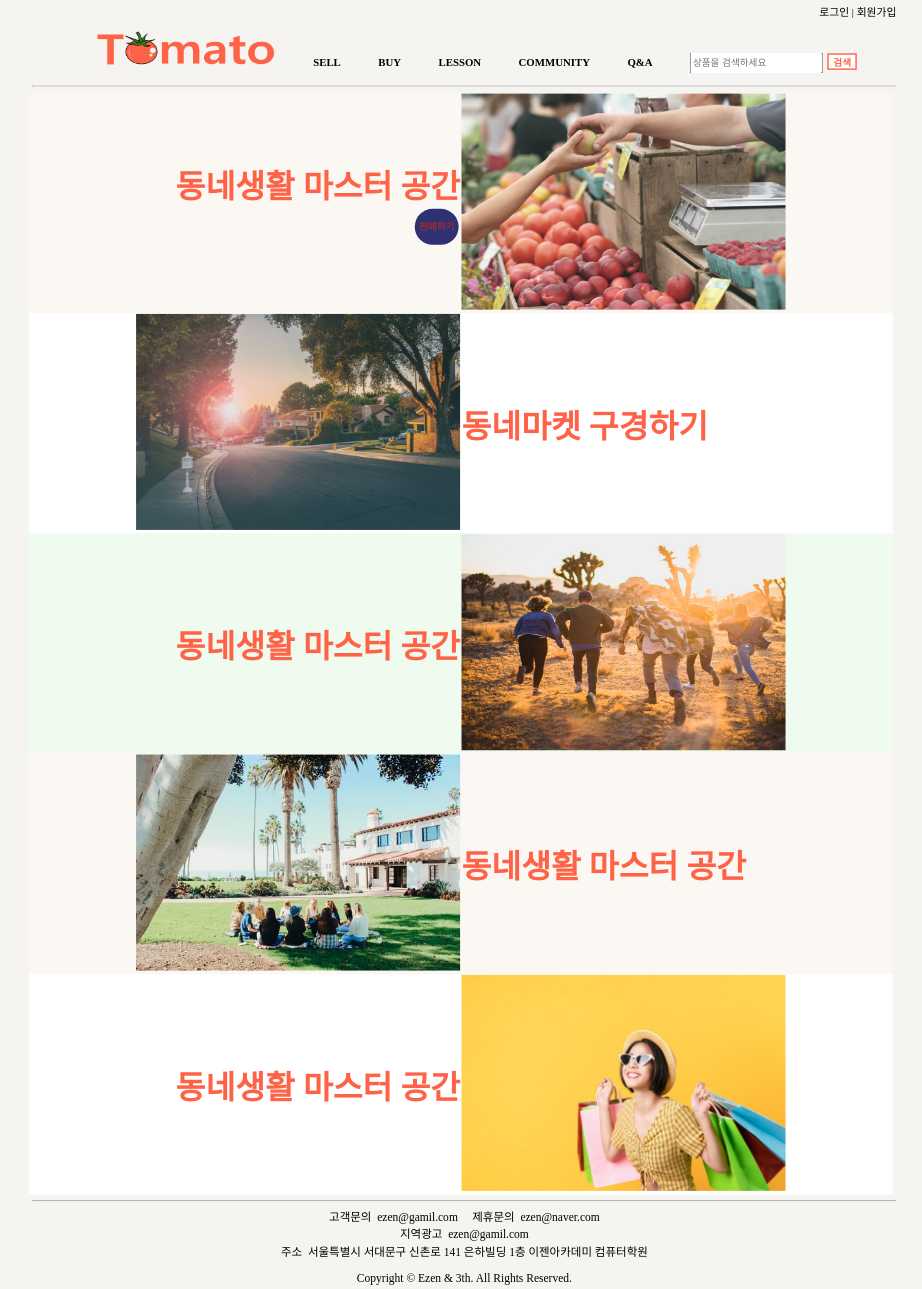
Repository: javadogfoot/semi-project
Page: http://localhost/tomato/indextest.jsp
These files come from the project's save history. The page is drawn as it stood at one moment and after the next save; the edit follows.
The browser window is 1280 px wide. The pictures show the whole page, at 72% of full size.
The page is served by Tomcat 9. Other server files are loaded and not shown.

Above is the page before, as saved 2021-10-19 16:21:59.

### semi프로젝트워크스페이스/tomato/src/main/webapp/indextest.jsp
<%@ page language="java" contentType="text/html; charset=UTF-8"
    pageEncoding="UTF-8"%>
<!DOCTYPE html>
<html>
<head>
<meta charset="UTF-8">
<title>Tomato</title>
<link rel="stylesheet" type="text/css" href="/tomato/css/mainLayout.css">
<style>
.background-color1{
	background-color: #FBF7F2;
}
.background-color2{
	background-color: white
}
.background-color3{
	background-color: #EFFBEF;
}
.textright{
	text-align: right;
}
table {
	width: 1200px;
	margin: 0px auto;
	border-collapse: collapse;
}
.joinbtn1{
   background-color: #2F3272;
   color: brown;
   font-weight: bold;
   height:50px;
   border: 0px solid ;
   margin:2px;
   border-radius: 60px 60px 60px 60px;
}
.joinbtn1:hover{
   background: #FFC81E;
   color: #FFF56E;
   font-weight: bold;
   height:50px;
   border: none;
   margin:2px;
}
span {
	font-size: 50px;
	color: #FF8000;
	font-weight: bold;
}
table img:hover{
	width:550px;
	height:400px;
}
</style>
</head>
<body>
<%@include file="/header.jsp" %>
<table>
	<tr class="background-color1">
		<td class="textright"><h1>동네생활 마스터 공간</h1><br><input type="button" value="판매하기" class="joinbtn1"></td>
		<td><img src="img/과일거래.jpg" alt="메인 상단 이미지1" width="450" height="300"></td>
	</tr>
	<tr class="background-color2">
		<td class="textright"><img src="img/동네.jpg" alt="메인 상단 이미지1" width="450" height="300"></td>
		<td><h1>동네마켓 구경하기</h1></td>
	</tr>
	<tr class="background-color3">
		<td class="textright"><h1>동네생활 마스터 공간</h1></td>
		<td><img src="img/동네친구.jpeg" alt="메인 상단 이미지1" width="450" height="300"></td>
	</tr>
	<tr class="background-color1">
		<td class="textright"><img src="img/레슨.jpg" alt="메인 상단 이미지1" width="450" height="300"></td>
		<td><h1>동네생활 마스터 공간</h1></td>
	</tr>
	<tr class="background-color2">
		<td class="textright"><h1>동네생활 마스터 공간</h1></td>
		<td><img src="img/쇼핑.jpg" alt="메인 상단 이미지1" width="450" height="300"></td>
	</tr>
</table>
<%@include file="/footer.jsp" %>
</body>
</html>

### semi프로젝트워크스페이스/tomato/src/main/webapp/header.jsp
<%@ page language="java" contentType="text/html; charset=UTF-8"
    pageEncoding="UTF-8"%>
<!DOCTYPE html>
<html>
<head>
<meta charset="UTF-8">
<title>Insert title here</title>
<style>

#btn1{
   background-color: white;
   color: tomato;
   font-weight: bold;
   height:23px;
   border: none;
   margin:2px;
   border: 2px solid tomato;
}
#btn1:hovertn1{
   background-color: tomato;
   color: white;
   font-weight: bold;
   height:23px;
   border: none;
   margin:2px;
   border: 2px solid tomato;
}
</style>
</head>
<body>
<header>
<%
String m_id=(String)session.getAttribute("m_id");
String m_name=(String)session.getAttribute("m_name");
if(m_id==null){
   %>
   <div>
   <a href="/tomato/member/login.jsp">로그인</a> | <a href="/tomato/member/join.jsp">회원가입</a>
   </div>
   <%
}else{
      %>
   <div>
   <%
   if(m_id.equals("admin")){
      %>
      <a href="/tomato/admin/memberList_admin.jsp"><%=m_name %>님 마이페이지</a> |
      <%
   }else{
      %>
      <a href="/tomato/member/mypage.jsp"><%=m_name %>님 마이페이지</a> |
      <%
   }
   %>
   <a href="/tomato/member/logout.jsp">로그아웃</a>
   </div>
   <%
}
%>
<nav>
<ul>
   <li><h1><a href="/tomato/index.jsp"><img src="/tomato/img/토마토_메인로고.png" alt="메인로고" height="50px" width="250px"></a></h1></li>
   <li><h2><a href="/tomato/sell/sell.jsp">SELL</a></h2></li>
   <li><h2><a href="/tomato/buy/buyList.jsp?col=s_idx&range=desc">BUY</a></h2></li>
   <li><h2><a href="/tomato/lesson/lessonList.jsp">LESSON</a></h2></li>
   <li><h2><a href="/tomato/community/community.jsp">COMMUNITY</a></h2></li>
   <li><h2><a href="/tomato/qna/qnaList.jsp">Q&A</a></h2></li>
   <li>
		<form name="headerSearch" action="/tomato/buy/headerBuySearch.jsp" style="display: inline;">
			<input type="text" name="searchValue" placeholder="상품을 검색하세요">
			<input type="submit" value="검색" id="btn1">
		</form>
	</li>
</ul>
</nav>
<hr/>
</header>
</body>
</html>

### semi프로젝트워크스페이스/tomato/src/main/webapp/footer.jsp
<%@ page language="java" contentType="text/html; charset=UTF-8"
    pageEncoding="UTF-8"%>
<!DOCTYPE html>
<html>
<head>
<meta charset="UTF-8">
<title>Insert title here</title>
</head>
<body>
<footer>
<hr/>
<div>
고객문의&nbsp;&nbsp;ezen@gamil.com &nbsp;&nbsp;&nbsp;&nbsp;제휴문의&nbsp;&nbsp;ezen@naver.com
<br/>
지역광고&nbsp;&nbsp;ezen@gamil.com
<br/>
주소&nbsp;&nbsp;서울특별시 서대문구 신촌로 141 은하빌딩 1층 이젠아카데미 컴퓨터학원
</div>
<br/>
<div>Copyright &copy; Ezen & 3th. All Rights Reserved.</div>
</footer>
</body>
</html>

### semi프로젝트워크스페이스/tomato/src/main/webapp/css/mainLayout.css
@charset "UTF-8";
body{
   background-color: #f5f4f0;
   margin: 5px auto;
   width: 1200px;
}
header{
   width: 1200px;
   margin: 5px;
}
header div{
   text-align: right;
   font-size: 15px;
}
header div a{
   color: black;
   text-decoration: none;
}
header div a:hover{
   color: black;
   text-decoration: underline;
}
h1{
   font-size: 45px;
   color: tomato;
   display: inline;
}
h1 a{
   text-decoration: none;
   color: tomato;
}
h2{
   color: black;
   display: inline;
   font-size: 15px;
}
h2 a{
   text-decoration: none;
   color: black;
}
header nav li{
   list-style-type: none;
   display: inline;
   color: black;
   margin-left: 48px;
}
header input{

   height: 23px;
}
section{
   width: 1200px;
}
footer{
   width: 1200px;
   clear: both;
   margin: 5px;
   text-align: center;
}

After the next save:
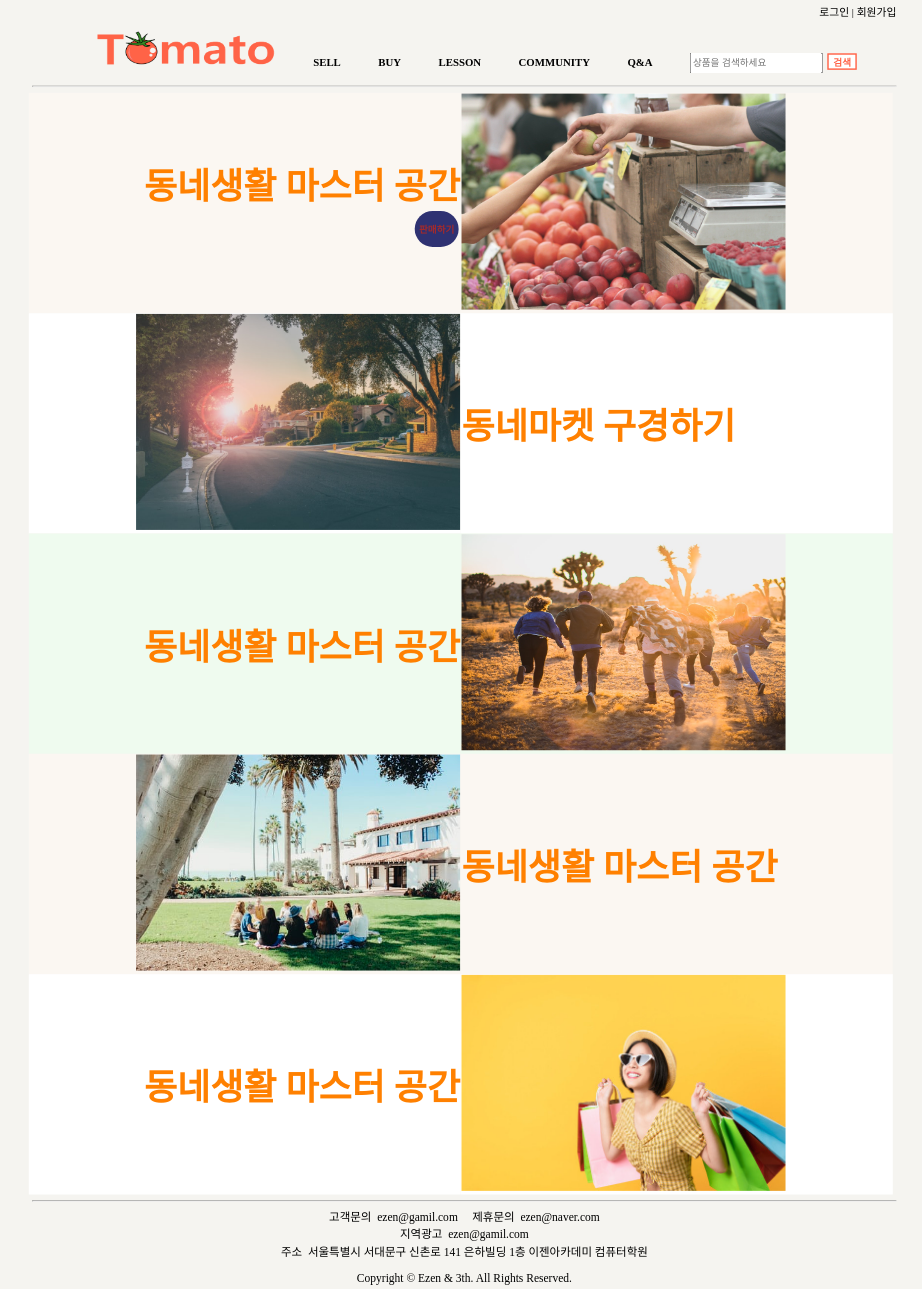
Saved 56 s later.
--- a/semi프로젝트워크스페이스/tomato/src/main/webapp/indextest.jsp
+++ b/semi프로젝트워크스페이스/tomato/src/main/webapp/indextest.jsp
@@ -56,23 +56,23 @@ table img:hover{
 <%@include file="/header.jsp" %>
 <table>
 	<tr class="background-color1">
-		<td class="textright"><h1>동네생활 마스터 공간</h1><br><input type="button" value="판매하기" class="joinbtn1"></td>
+		<td class="textright"><span>동네생활 마스터 공간</span><br><input type="button" value="판매하기" class="joinbtn1"></td>
 		<td><img src="img/과일거래.jpg" alt="메인 상단 이미지1" width="450" height="300"></td>
 	</tr>
 	<tr class="background-color2">
 		<td class="textright"><img src="img/동네.jpg" alt="메인 상단 이미지1" width="450" height="300"></td>
-		<td><h1>동네마켓 구경하기</h1></td>
+		<td><span>동네마켓 구경하기</span></td>
 	</tr>
 	<tr class="background-color3">
-		<td class="textright"><h1>동네생활 마스터 공간</h1></td>
+		<td class="textright"><span>동네생활 마스터 공간</span></td>
 		<td><img src="img/동네친구.jpeg" alt="메인 상단 이미지1" width="450" height="300"></td>
 	</tr>
 	<tr class="background-color1">
 		<td class="textright"><img src="img/레슨.jpg" alt="메인 상단 이미지1" width="450" height="300"></td>
-		<td><h1>동네생활 마스터 공간</h1></td>
+		<td><span>동네생활 마스터 공간</span></td>
 	</tr>
 	<tr class="background-color2">
-		<td class="textright"><h1>동네생활 마스터 공간</h1></td>
+		<td class="textright"><span>동네생활 마스터 공간</span></td>
 		<td><img src="img/쇼핑.jpg" alt="메인 상단 이미지1" width="450" height="300"></td>
 	</tr>
 </table>
